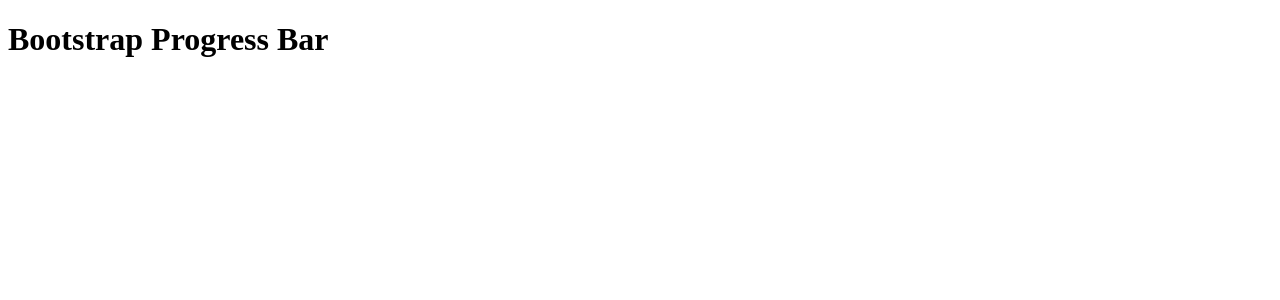
Repository: sarahlochhead/check-santas-list
Page: index-start.html
The author's editor kept a copy of each file at every save. The page is drawn from the files as they stood at one save, then again after the next save.
The browser window is 1280 px wide. The pictures show the whole page.

Above is the page before, as saved 2022-11-29 14:38:37.

### index-start.html
<!DOCTYPE html>
<html lang="en">
<head>
    <meta charset="utf-8">
    <meta name="viewport" content="width=device-width, initial-scale=1, shrink-to-fit=no">
    <title>Progress Bar | Bootstrap</title>
    <!-- The purpose of progress bars is to show something is loading, in progress, or action taking place with elements on the page. -->
    <!-- STEP 1: Link to Bootstrap CSS -->



</head>
    <!-- STEP 3: Review the HTML for the page -->
    <body class="container">
        <main>
            <header>
                <h1 class="mb-4 mt-4">Bootstrap Progress Bar</h1>
            </header>
            <!-- STEP 4: Create a div and add .progress and some top and bottom margin -->


            <!-- STEP 5: Create another div .progress-bar. Add the appropriate roles and aria attributes (b/c this is not the HTML5 semantic element <progress>)-->


                <!-- STEP 6: Change the value of width property to 25% percent and see what happens Note: The aria-valuenow should also be changed -->
                <!-- STEP 7: Add a label to the progress-bar by adding text in the div -->
                <!-- STEP 8: Add a bootstrap background color to the progress-bar (bg-info) -->
                <!-- STEP 9: Try adding a bootstrap class of .progress-bar-striped and .progress-bar-animated to the .progress-bar -->
                <!-- STEP 10: Create three more inner divs .progress-bar and change the color and width. (copy/paste) -->



            <!-- STEP 11: Set a height on the div.progress -->
            </div><!-- .progress -->
        </main>
        <!-- STEP 2: Link to Bootstrap JS -->

    </body>
</html>

After the next save:
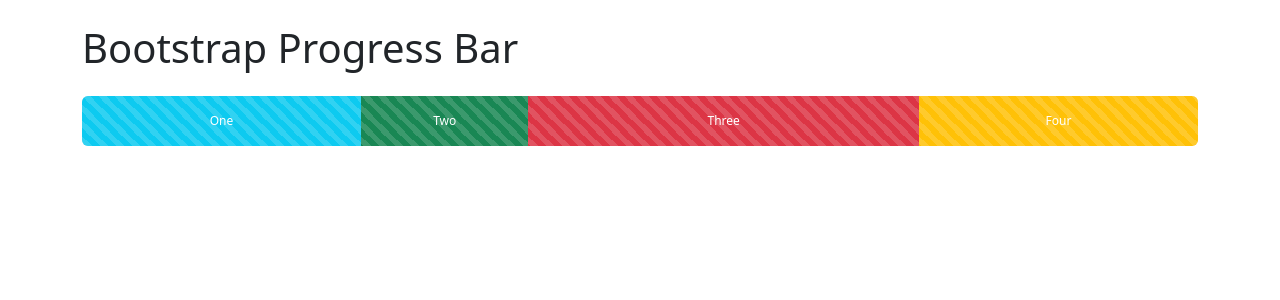
Saved 3 min 53 s later.
--- a/index-start.html
+++ b/index-start.html
@@ -6,7 +6,8 @@
     <title>Progress Bar | Bootstrap</title>
     <!-- The purpose of progress bars is to show something is loading, in progress, or action taking place with elements on the page. -->
     <!-- STEP 1: Link to Bootstrap CSS -->
-
+    <link href="https://cdn.jsdelivr.net/npm/bootstrap@5.2.3/dist/css/bootstrap.min.css" rel="stylesheet"
+    integrity="sha384-rbsA2VBKQhggwzxH7pPCaAqO46MgnOM80zW1RWuH61DGLwZJEdK2Kadq2F9CUG65" crossorigin="anonymous">
 
 
 </head>
@@ -17,23 +18,25 @@
                 <h1 class="mb-4 mt-4">Bootstrap Progress Bar</h1>
             </header>
             <!-- STEP 4: Create a div and add .progress and some top and bottom margin -->
-
+            <div class="progress mt-4 mb-4" style="height: 50px;">
 
             <!-- STEP 5: Create another div .progress-bar. Add the appropriate roles and aria attributes (b/c this is not the HTML5 semantic element <progress>)-->
-
+                <div class="progress-bar bg-info progress-bar-striped progress-bar-animated" role="progressbar" aria-label="Status Progress Bar" style="width:25%" aria-valuenow="25" aria-valuemin="0" aria-valuemax="100">One</div>
 
                 <!-- STEP 6: Change the value of width property to 25% percent and see what happens Note: The aria-valuenow should also be changed -->
                 <!-- STEP 7: Add a label to the progress-bar by adding text in the div -->
                 <!-- STEP 8: Add a bootstrap background color to the progress-bar (bg-info) -->
                 <!-- STEP 9: Try adding a bootstrap class of .progress-bar-striped and .progress-bar-animated to the .progress-bar -->
                 <!-- STEP 10: Create three more inner divs .progress-bar and change the color and width. (copy/paste) -->
-
+                <div class="progress-bar bg-success progress-bar-striped progress-bar-animated" role="progressbar" aria-label="Status Progress Bar" style="width:15%" aria-valuenow="15" aria-valuemin="0" aria-valuemax="100">Two</div>
+                <div class="progress-bar bg-danger progress-bar-striped progress-bar-animated" role="progressbar" aria-label="Status Progress Bar" style="width:35%" aria-valuenow="35" aria-valuemin="0" aria-valuemax="100">Three</div>
+                <div class="progress-bar bg-warning progress-bar-striped progress-bar-animated" role="progressbar" aria-label="Status Progress Bar" style="width:25%;" aria-valuenow="25" aria-valuemin="0" aria-valuemax="100">Four</div>
 
 
             <!-- STEP 11: Set a height on the div.progress -->
             </div><!-- .progress -->
         </main>
         <!-- STEP 2: Link to Bootstrap JS -->
-
+        <script src="https://cdn.jsdelivr.net/npm/bootstrap@5.2.3/dist/js/bootstrap.bundle.min.js"></script>
     </body>
 </html>
